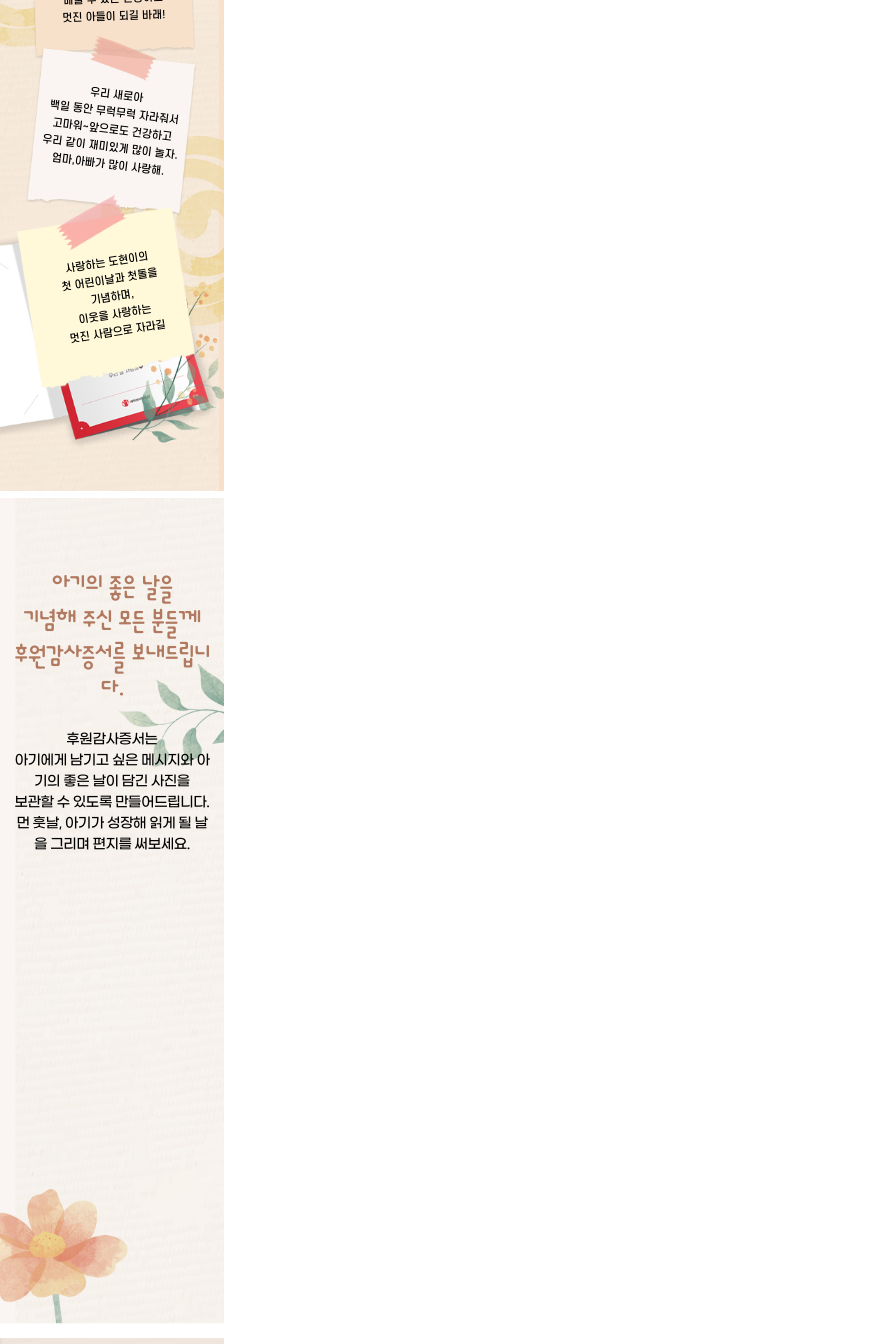
Repository: dlgywls1130/save_the_m320
Page: index.html
An editor plug-in stored every save of this project. The page is shown before and after the next save, followed by the edit.
The browser window is 1280 px wide. The pictures show the part of the page from y = 1228 to 3148 px (the page is 8180 px tall), at 70% of full size.

Above is the page before, as saved 2023-12-21 01:19:15.

### index.html
<!DOCTYPE html>
<html lang="en">
<head>
    <meta charset="UTF-8">
    <meta name="viewport" content="width=device-width, initial-scale=1.0">
    <title>세이브더칠드런</title>

    <link rel="stylesheet" href="./css/reset.css">
    <link rel="stylesheet" href="./css/style.css">

</head>
<body>
    <div class="content_body">
        <section class="section_wrapper section01">
            <div class="se01 se_wrapper">
                <div class="seo01_mobile_wrapp">
                    <div class="se01_sub">
                        <div class="sub_logo">
                            <img src="./img/logo01.png" alt="logo">
                        </div>
                        <p>우리 아기 좋은 날 기부</p>
                    </div>
                    <p class="seo01_title">
                        아가야,
                    </p>
                    <p class="seo01_title_two">
                        너의 <span id="rollingText">탄생</span> 순간을 축하해!
                    </p>
                </div>
                <div class="seo01_mobile_wrapp_bottom">
                    <p class="section_descript mb-45">
                        아이의 건강과 행복을
                        <br>바라는 마음을 담아,
                        <br>탄생, 백일, 첫 걸음마, 첫돌 등
                        <br>내 아이의 소중한 순간을
                        <br>기부로 기념해보세요.
                        <br>함께 자라나는 다른 아이들
                        <br>에게도 큰 축복이 됩니다..
                    </p>

                    <a class="donation_link" href="javascript:void(0)">우리 아기 좋은 날 기부</a>
                </div>

            </div>
        </section>
        <section class="section_wrapper section02">
            <div class="se02 se_wrapper">
                <div class="postit_wrapper">
                    <div class="postit postit01">
                        <p>우리 아들 우현이의<br>
                        200일을 축하해.<br>
                        <span>건강하게 자라줘서 고마워 <img src="./img/heart.png"></span>
                        늘 사랑받고 받은 사랑만큼<br>
                        베풀 수 있는 건강하고<br>
                        멋진 아들이 되길 바래!</p>
                    </div>
                    <div class="postit postit02">
                        <p>우리 새로아<Br>
                        백일 동안 무럭무럭 자라줘서<Br>
                        고마워~앞으로도 건강하고<Br>
                        우리 같이 재미있게 많이 놀자.<Br>
                        엄마,아빠가 많이 사랑해.</p>
                    </div>

                    <div class="postit postit05">
                        <p>사랑하는 도현이의<br>
                        첫 어린이날과 첫돌을<br>
                        기념하며, <br>
                        이웃을 사랑하는<br>
                        멋진 사람으로 자라길</p>

                    </div>
                    <!-- <div class="postit postit04">
                        <p>보미야<br>
                        첫 번째 생일 축하해<br>
                        너의 존재가 온 세상에<br>
                        봄이길 바랄게!   </p>
                    </div> -->

                    <!-- <div class="postit postit03">
                        <p>서진아<br>
                        우리에게 와줘서 고마워<br>
                        건강하고 행복하게 자라렴.<br>
                        사랑해♡      </p>
                    </div> -->

                </div>

            </div>
        </section>
        <section class="section_wrapper section03">
            <div class="se_wrapper se03">
                <div class="se_title_co">
                    아기의 좋은 날을<br> 기념해 주신 모든 분들께
                    <br>후원감사증서를 보내드립니다.
                </div>
                <div class="se_sub_co">
                    후원감사증서는<Br> 아기에게 남기고 싶은 메시지와 아기의 좋은 날이 담긴 사진을<br> 보관할 수 있도록
                    만들어드립니다.<br> 먼 훗날, 아기가 성장해 읽게 될 날을 그리며 편지를 써보세요.
                </div>
            </div>

        </section>
        <section class="section_wrapper section04">
            <div class="se_wrapper se04">
                <div class="se_title_co">
                    이름 자수 순면거즈블랭킷
                </div>
                <div class="se_sub_co">
                    30만원 이상 후원하신 분들께는 순면 거즈 아기 블랭킷(90*110)에
                    <Br>원하시는 이름(영문)을 예쁘게 수놓아 드립니다.
                </div>

                <div class="se04_slide mt-85">
                    <div class="se04_slide_list">
                        <img src="./img/slide03.jpg">
                    </div>
                    <div class="se04_slide_list">
                        <img src="./img/slide02.jpg">
                    </div>
                    <div class="se04_slide_list">
                        <img src="./img/slide01.jpg">
                    </div>
                </div>
            </div>
        </section>
        <section class="section_wrapper section05">
            <div class="se_wrapper se05">
                <div class="se_title_co">
                    후원신청 과정
                </div>


                <div class="se_sub_co">
                    30만원 이상 후원해 주신 경우,
                    <br>감사 선물 수령 주소 및 아기 블랭킷에 새겨질 문구 확인을 위한 문자가 발송됩니다.
                </div>

                <div class="se_step_list">
                    <div class="se_step">
                        <p class="step_number">1</p>
                        <div class="step_ico">
                            <img src="./img/icon01.png" alt="img">
                        </div>
                        <p class="step_descript">
                            후원신청하기
                        </p>
                    </div>
                    <div class="se_step">
                        <p class="step_number">2</p>
                        <div class="step_ico">
                            <img src="./img/icon02.png" alt="img">
                        </div>
                        <p class="step_descript">
                            후원감사증서
                            메시지 적기
                        </p>
                    </div>
                </div>
                <div class="se_step_list">
                    <div class="se_step">
                        <p class="step_number">3</p>
                        <div class="step_ico">
                            <img src="./img/icon03.png" alt="img">
                        </div>
                        <p class="step_descript">
                            신청완료
                        </p>
                    </div>
                    <div class="se_step">
                        <p class="step_number">4</p>
                        <div class="step_ico">
                            <img src="./img/icon04.png" alt="img">
                        </div>
                        <p class="step_descript">
                            후원감사증서 발송
                            (1주 이내)
                        </p>
                    </div>
                </div>


                <a class="donation_link" href="javascript:void(0)">우리 아기 좋은 날 기부</a>
            </div>

        </section>
        <section class="section_wrapper section06">
            <div class="se_wrapper se06">
                <div class="se_title_co">
                    후원금, 이렇게 쓰여요!
                </div>
                <div class="se_sub_co">
                    세이브더칠드런은 <Br><span>국내외 아동을 위한 교육,
                    <Br>보호, 보건영양지원,<Br> 아동권리옹호</span> 등의<Br> 활동을 해나가고 있습니다.
                </div>
                <div class="se_sub_co">
                    보내주신 후원금은<Br> 정치, 종교, 인종에 관계없이<Br> 모든 아이를 구해야 한다는
                    <Br>세이브더칠드런의 신념에 따라 <Br><span>가장 도움 필요한 아이를 위해 우선 사용</span>됩니다.
                </div>
            </div>

        </section>
        <section class="section_wrapper section07">
            <div class="se_wrapper se07">
                <div class="se_title_co">
                    FAQ
                </div>
                <div class="accordion">
                    <div class="accordion-item">
                        <h3 class="title">
                            <span>1. 30만원 이상 후원했습니다. <br>거즈 순면 블랭킷은 언제 오나요?</span>
                            <img src="./img/top.png">
                        </h3>
                        <p class="paragraph">
                            우리아기 축하기부로 30만원 이상 후원자님들께는 담요에 수놓을 아기 이름과
                            선물 수령 주소 확인을 위한 문자가 발송됩니다.
                            02-6900-4479로 발송되는 문자 속 설문조사에 답해주세요.
                            확인을 완료하신 분들께는 블랭킷 제작을 담당하고 있는 조니 스튜디오에서
                            아기 이름 자수 작업 완료 후 배송해 드립니다.

                        </p>
                    </div>
                    <div class="accordion-item">
                        <h3 class="title">
                            <span>2. 거즈 순면 블랭킷, 안전한 제품인가요?</span>
                            <img src="./img/top.png">
                        </h3>
                        <p class="paragraph">
                            본 블랭킷은 워싱된 3중 거즈로 제작되었으며, KC안전검사를 완료하였습니다.
                            소재 특성상 섬유 조각이 발생할 수 있어 망에 넣지 않고 3번 정도 물빨래 하시는 것을 권장합니다.

                        </p>
                    </div>
                    <div class="accordion-item">
                        <h3 class="title">
                            <span>3. 거즈 순면 블랭킷을 받았는 데 하자가 있어요. <Br>어떻게 해야 하나요? </span>
                            <img src="./img/top.png">
                        </h3>
                        <p class="paragraph">
                            070-4220-4123 (조니스튜디오 CS)로 전화 연락 부탁드립니다. 하자 물품에 대한 교환은 수령일로부터 7일 이내에 조니스튜디오에 연락해주셔야 하며, 이로 인한 후원금 환불은 어렵습니다.
                        </p>
                    </div>
                    <div class="accordion-item">
                        <h3 class="title">
                            <span>4. 후원감사증서에 넣을 수 있는 사진 사이즈는 <Br>얼마인가요?</span>
                            <img src="./img/top.png">
                        </h3>
                        <p class="paragraph">
                            사진 인화 사이즈 5*7 인치에 맞추어서 제작되었습니다.  그보다 작은 사진일 경우, 후원감사증서
                            내부의 주머니에 넣어 보관하실 수도  있습니다.

                        </p>
                    </div>
                </div>
            </div>

        </section>
        <section class="section_wrapper section08">
            <div class="se_wrapper se08">
                <div class="se08_postion">
                    <p class="se08_title">우리 아기 좋은 날 기부</p>
                    <p class="se08_descript">
                        탄생, 백일, 첫 걸음마, 첫돌...
                        <br>소중한 우리 아기의 성장을 기념해 보세요!
                        <br>아기의 좋은 날이 모여 세상의 행복이 됩니다.
                    </p>
                    <a href="javascript:void(0)" class="more_btn">
                        <p>자세히보기</p>
                        <svg xmlns="http://www.w3.org/2000/svg" width="16" height="16" fill="currentColor" class="bi bi-chevron-right" viewBox="0 0 16 16">
                            <path fill-rule="evenodd" d="M4.646 1.646a.5.5 0 0 1 .708 0l6 6a.5.5 0 0 1 0 .708l-6 6a.5.5 0 0 1-.708-.708L10.293 8 4.646 2.354a.5.5 0 0 1 0-.708z"/>
                        </svg>
                    </a>
                </div>

            </div>
        </section>
    </div>

    <script src="https://ajax.googleapis.com/ajax/libs/jquery/1.12.4/jquery.min.js"></script>
    <script src="./js/main.js"></script>
</body>
</html>

### css/reset.css


html, body, div, span, applet, object, iframe,
h1, h2, h3, h4, h5, h6, p, blockquote, pre,
a, abbr, acronym, address, big, cite, code,
del, dfn, em, img, ins, kbd, q, s, samp,
small, strike, strong, sub, sup, tt, var,
b, u, i, center,
dl, dt, dd, ol, ul, li,
fieldset, form, label, legend,
table, caption, tbody, tfoot, thead, tr, th, td,
article, aside, canvas, details, embed,
figure, figcaption, footer, header, hgroup,
menu, nav, output, ruby, section, summary,
time, mark, audio, video {
	margin: 0;
	padding: 0;
	border: 0;
	font-size: 100%;
	font: inherit;
	vertical-align: baseline;
}

article, aside, details, figcaption, figure,
footer, header, hgroup, menu, nav, section {
	display: block;
}
body {
	line-height: 1;
}
ol, ul {
	list-style: none;
}
blockquote, q {
	quotes: none;
}
blockquote:before, blockquote:after,
q:before, q:after {
	content: '';
	content: none;
}
table {
	border-collapse: collapse;
	border-spacing: 0;
}

Loaded but not shown: js/main.js (46 lines, source omitted); css/style.css (649 lines, source omitted)

After the next save:
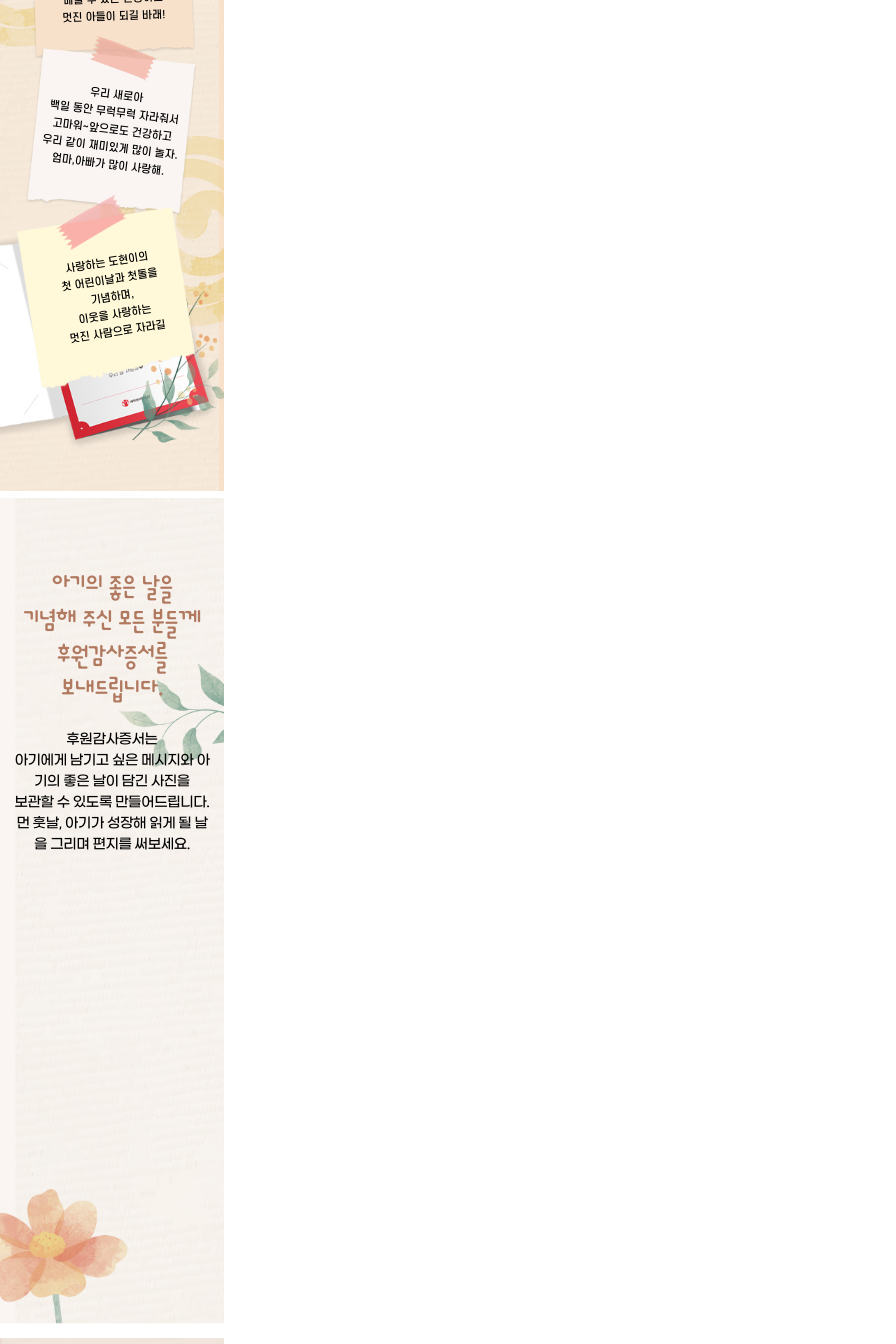
Saved 29 s later.
--- a/index.html
+++ b/index.html
@@ -92,7 +92,7 @@
             <div class="se_wrapper se03">
                 <div class="se_title_co">
                     아기의 좋은 날을<br> 기념해 주신 모든 분들께
-                    <br>후원감사증서를 보내드립니다.
+                    <br>후원감사증서를 <br> 보내드립니다.
                 </div>
                 <div class="se_sub_co">
                     후원감사증서는<Br> 아기에게 남기고 싶은 메시지와 아기의 좋은 날이 담긴 사진을<br> 보관할 수 있도록
